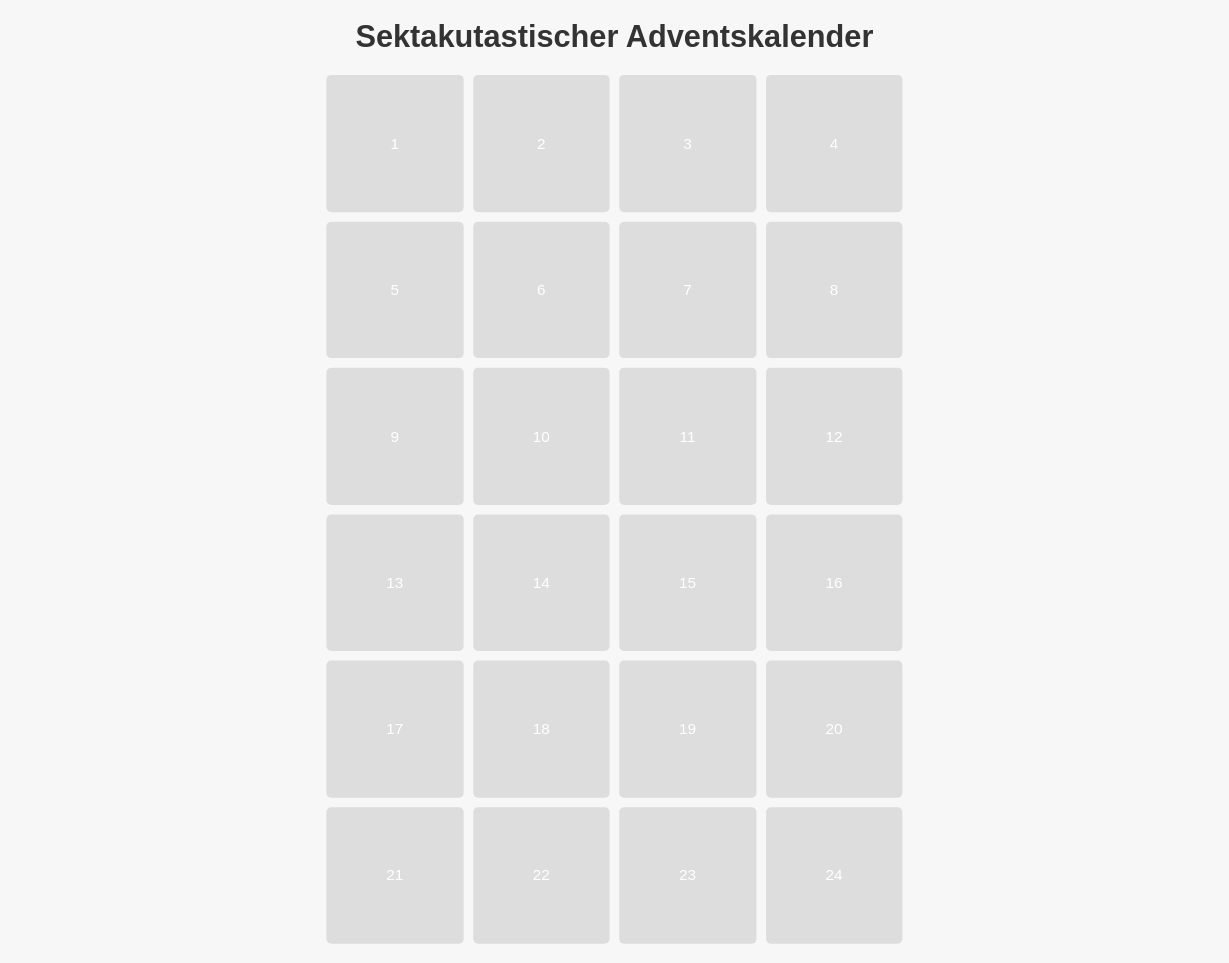
Repository: vickykey02/Adventskalender
Page: index.html
The author's editor kept a copy of each file at every save. The page is drawn from the files as they stood at one save, then again after the next save.
The browser window is 1280 px wide. The pictures show the whole page, at 96% of full size.

Above is the page before, as saved 2024-11-26 21:43:48.

### index.html
<!DOCTYPE html>
<html lang="en">
<head>
    <meta charset="UTF-8">
    <meta name="viewport" content="width=device-width, initial-scale=1.0">
    <title>Sektakutastischer Adventskalender</title>
    <link rel="stylesheet" href="styles.css">
</head>
<body>
    <h1>Sektakutastischer Adventskalender</h1>
    <div class="calendar">
        <!-- Kalender wird hier generiert -->
    </div>
    <script src="app.js"></script>
</body>
</html>

### styles.css
body {
    font-family: Arial, sans-serif;
    text-align: center;
    margin: 0;
    padding: 0;
    background: #f7f7f7;
}
h1 {
    margin-top: 20px;
    color: #333;
}
.calendar {
    display: grid;
    grid-template-columns: repeat(4, 1fr);
    gap: 10px;
    max-width: 600px;
    margin: 20px auto;
}
.day {
    width: 100%;
    aspect-ratio: 1;
    display: flex;
    justify-content: center;
    align-items: center;
    background: #ddd;
    border-radius: 5px;
    font-size: 1rem;
    color: #fff;
    cursor: pointer;
    position: relative;
}
.day.locked {
    background: #aaa;
    cursor: not-allowed;
}
.day.opened {
    background: #4caf50;
}

### app.js
// Generiere die Kalender-Türchen
const calendar = document.querySelector('.calendar');
const today = new Date().toISOString().split('T')[0]; // Heutiges Datum im Format YYYY-MM-DD

// Inhalte für die Tage
const days = {
    "2024-11-26": "Adventskalender/assets/Test.webpp",
    //"2024-11-27": "path/to/image2.png",
};

// Funktion: Türchen anzeigen
for (let i = 1; i <= 24; i++) {
	const today = new Date().toISOString().split('T')[0];
    const day = document.createElement('div');
    day.classList.add('day');
    const date = new Date(new Date().getFullYear(), 10, i); // i-tes Datum des Jahres
    const dateString = date.toISOString().split('T')[0];

    if (dateString in days) {
        if (dateString <= today) {
            day.classList.add('opened');
            day.onclick = () => showContent(days[dateString]);
        } else {
            day.classList.add('locked');
        }
    }

    day.textContent = date.getDate();
    calendar.appendChild(day);
}

// Funktion: Inhalt anzeigen
function showContent(content) {
    alert(`Inhalt für heute: ${content}`); // Später ersetzen mit Modal oder Popup
}

After the next save:
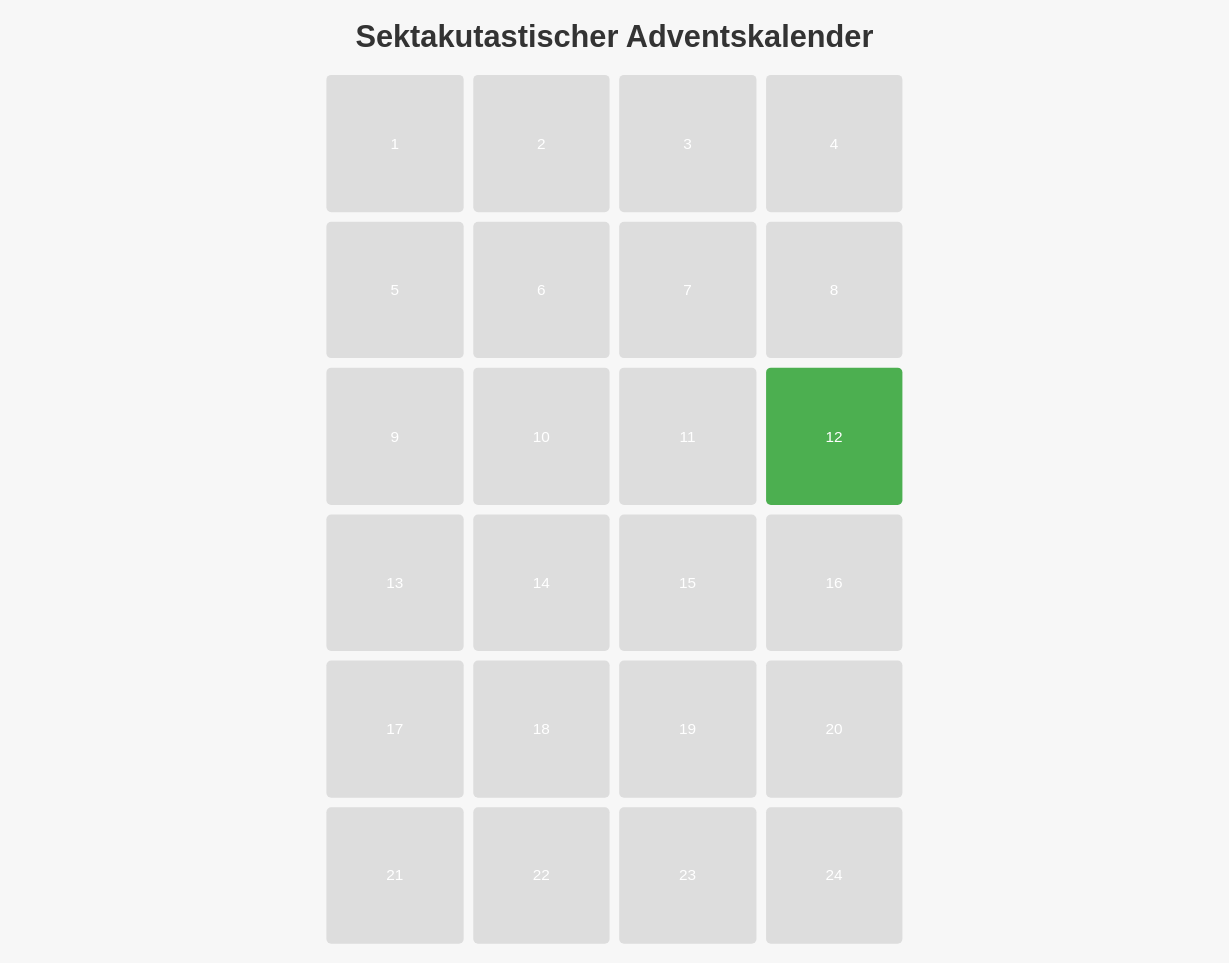
Saved 4 min 40 s later.
--- a/app.js
+++ b/app.js
@@ -4,7 +4,7 @@ const today = new Date().toISOString().split('T')[0]; // Heutiges Datum im Forma
 
 // Inhalte für die Tage
 const days = {
-    "2024-11-26": "Adventskalender/assets/Test.webpp",
+    "2024-11-12": "Adventskalender/assets/Test.webpp",
     //"2024-11-27": "path/to/image2.png",
 };
 
